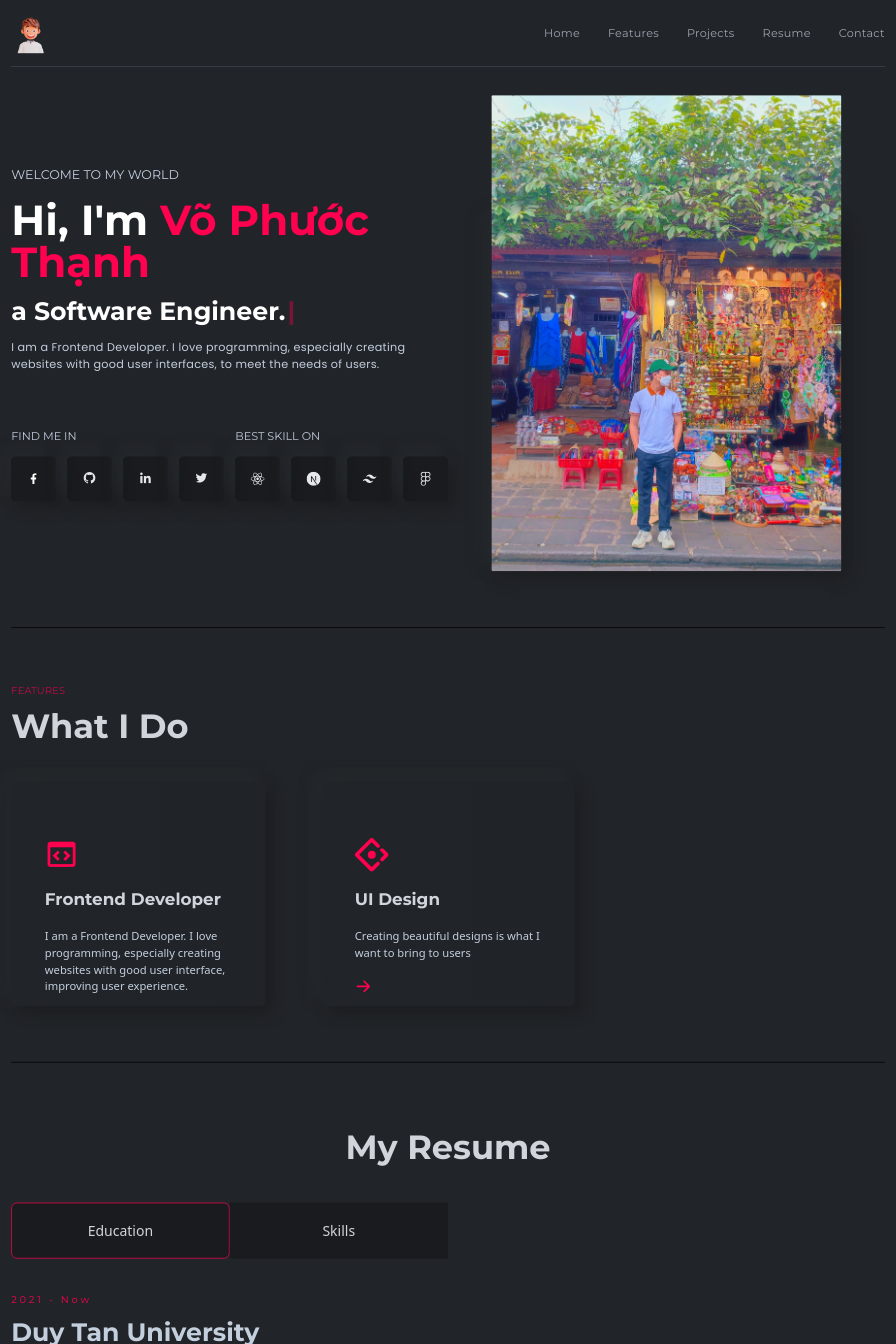
Repository: vophuocthanh/react-profile
Page: /
An editor plug-in stored every save of this project. The page is shown before and after the next save, followed by the edit.
The browser window is 1280 px wide. The pictures show the part of the page from y = 0 to 1920 px (the page is 5006 px tall), at 70% of full size.
The project was rebuilt for these pictures with package versions that can differ from the ones it lists, and the page was loaded fresh each time. Also part of the build but not shown: src/components/resume/ResumeCard.js, src/components/resume/Skills.js, src/components/tesimonial/Testimonial.js.

Above is the page before, as saved 2023-05-10 19:28:06.

After the next save:
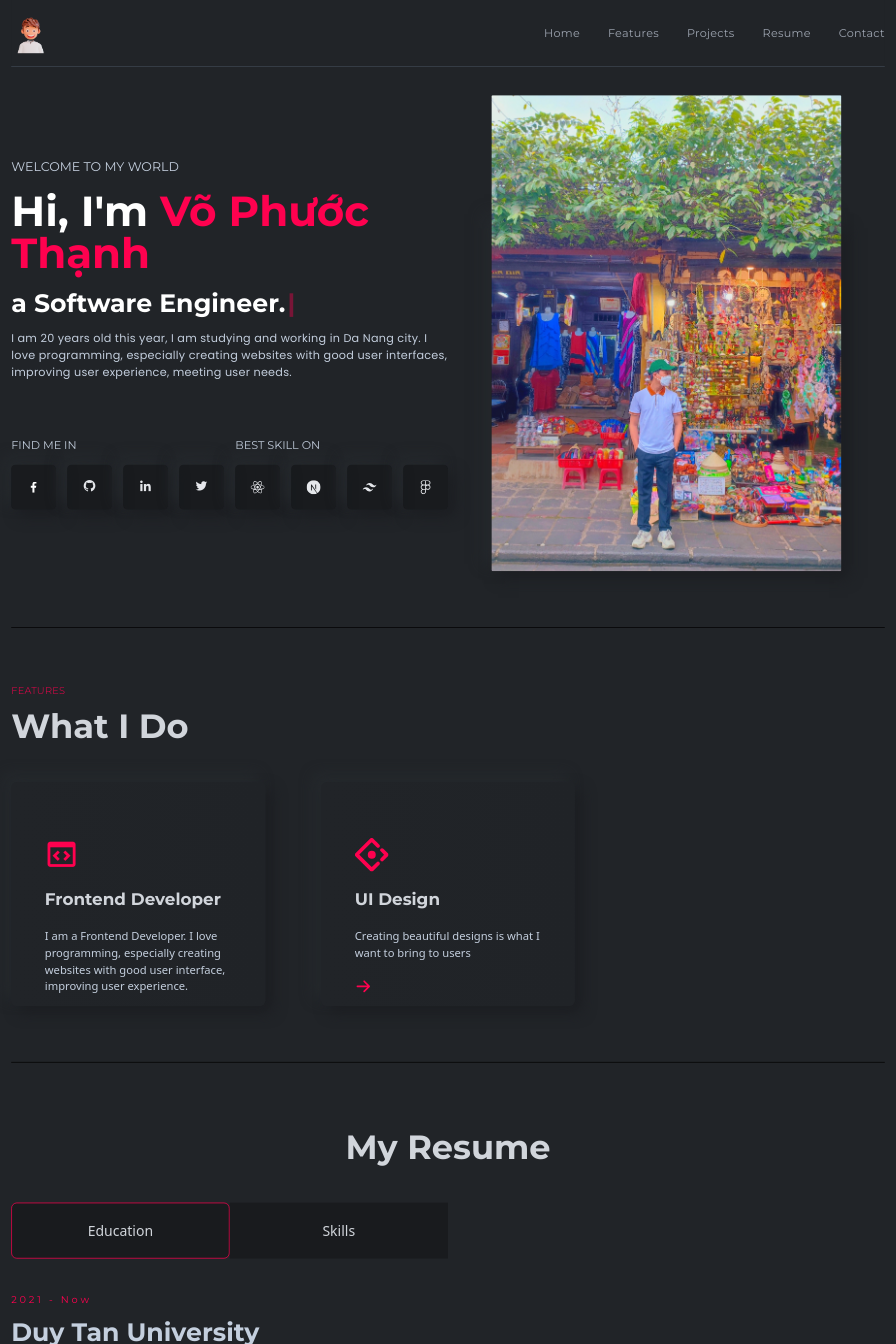
Saved 5 min 24 s later.
--- a/src/components/banner/LeftBanner.js
+++ b/src/components/banner/LeftBanner.js
@@ -27,8 +27,9 @@
           />
         </h2>
         <p className="text-base leading-6 tracking-wide font-bodyFont">
-          I am a Frontend Developer. I love programming, especially creating
-          websites with good user interfaces, to meet the needs of users.
+          I am 20 years old this year, I am studying and working in Da Nang
+          city. I love programming, especially creating websites with good user
+          interfaces, improving user experience, meeting user needs.
         </p>
       </div>
       {/* Media */}
